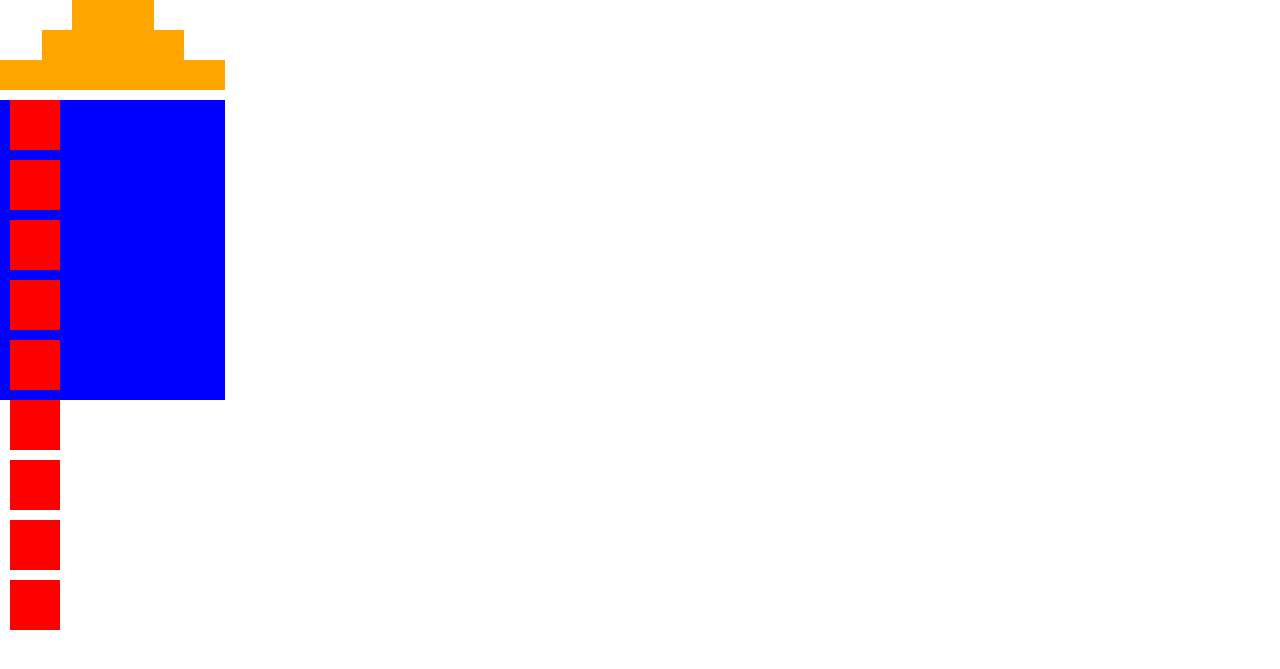
Repository: Luc010/Exercices
Page: HTML CSS/cours/float2.html
These files come from the project's save history. The page is drawn as it stood at one moment and after the next save; the edit follows.
The browser window is 1280 px wide. The pictures show the whole page.

Above is the page before, as saved 2019-09-05 10:08:51.

### HTML CSS/cours/float2.html
<!DOCTYPE html>
<html lang="en">
<head>
    <meta charset="UTF-8">
    <meta name="viewport" content="width=device-width, initial-scale=1.0">
    <meta http-equiv="X-UA-Compatible" content="ie=edge">
    <title>Document</title>
    <style>
        body{
            margin: 0;
        }
        .toit{
            width: 225px;
        }
        .blocOrange{
            background-color: orange;
            margin-right: auto;
            margin-left: auto;
        }
        .base{
            background-color: blue;
            height: 300px;
            width: 225px;
        }
        .blocRed{
            background-color: red;
            height: 50px;
            width: 50px;
            margin: 10px;
            clear: both;
        }
    </style>
</head>
<body>
    <div class="toit">
        <div class="blocOrange" style="height: 30px;width: 82px;"></div>
        <div class="blocOrange" style="height: 30px;width: 142px;"></div>
        <div class="blocOrange" style="height: 30px;width: 194x;"></div>
    </div>
    <div class="base">
        <div class="blocRed"></div>
        <div class="blocRed"></div>
        <div class="blocRed"></div>
        <div class="blocRed"></div>
        <div class="blocRed"></div>
        <div class="blocRed"></div>
        <div class="blocRed"></div>
        <div class="blocRed"></div>
        <div class="blocRed"></div>
        <div class="porte"></div>
    </div>
</body>
</html>

After the next save:
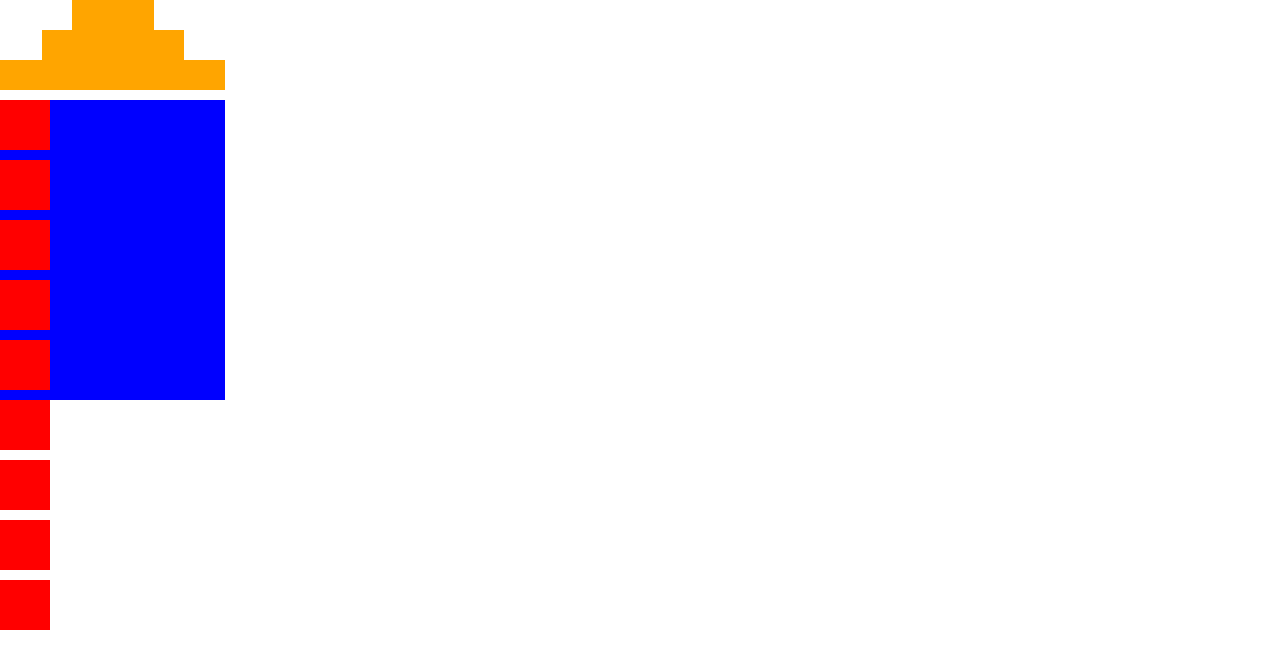
Saved 14 s later.
--- a/HTML CSS/cours/float2.html
+++ b/HTML CSS/cours/float2.html
@@ -26,8 +26,7 @@
             background-color: red;
             height: 50px;
             width: 50px;
-            margin: 10px;
-            clear: both;
+            margin-top: 10px;
         }
     </style>
 </head>

After the save that followed:
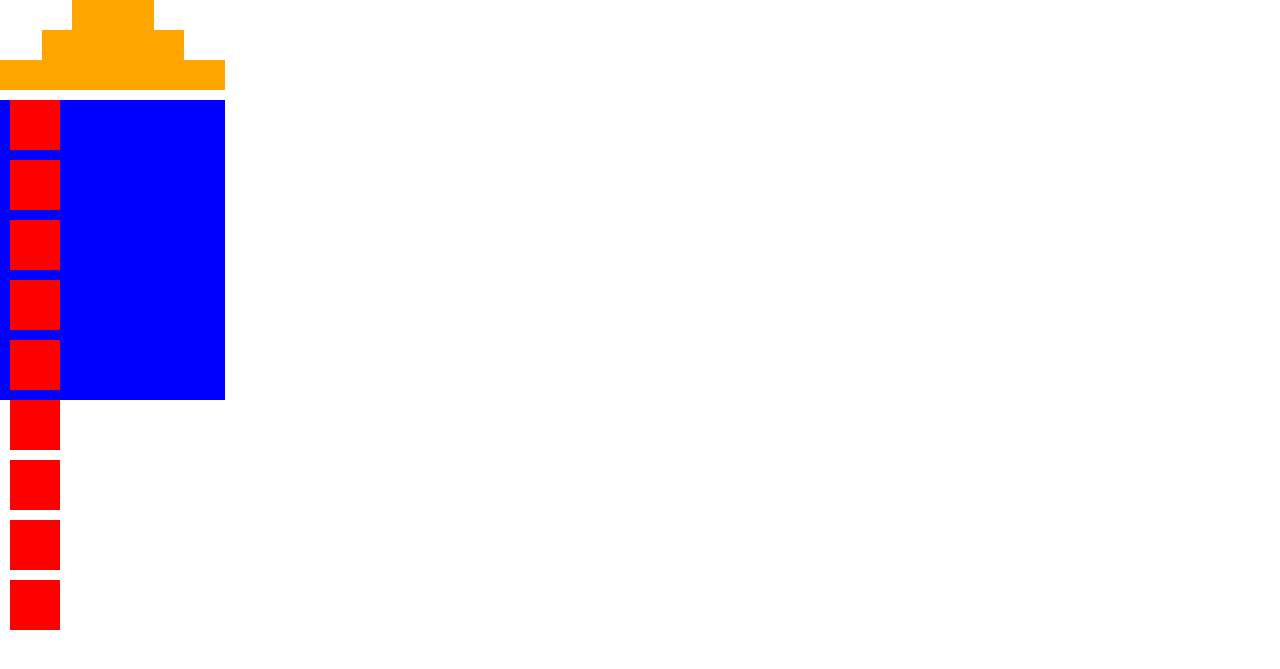
Saved 14 s later.
--- a/HTML CSS/cours/float2.html
+++ b/HTML CSS/cours/float2.html
@@ -26,7 +26,7 @@
             background-color: red;
             height: 50px;
             width: 50px;
-            margin-top: 10px;
+            margin: 10px;
         }
     </style>
 </head>
